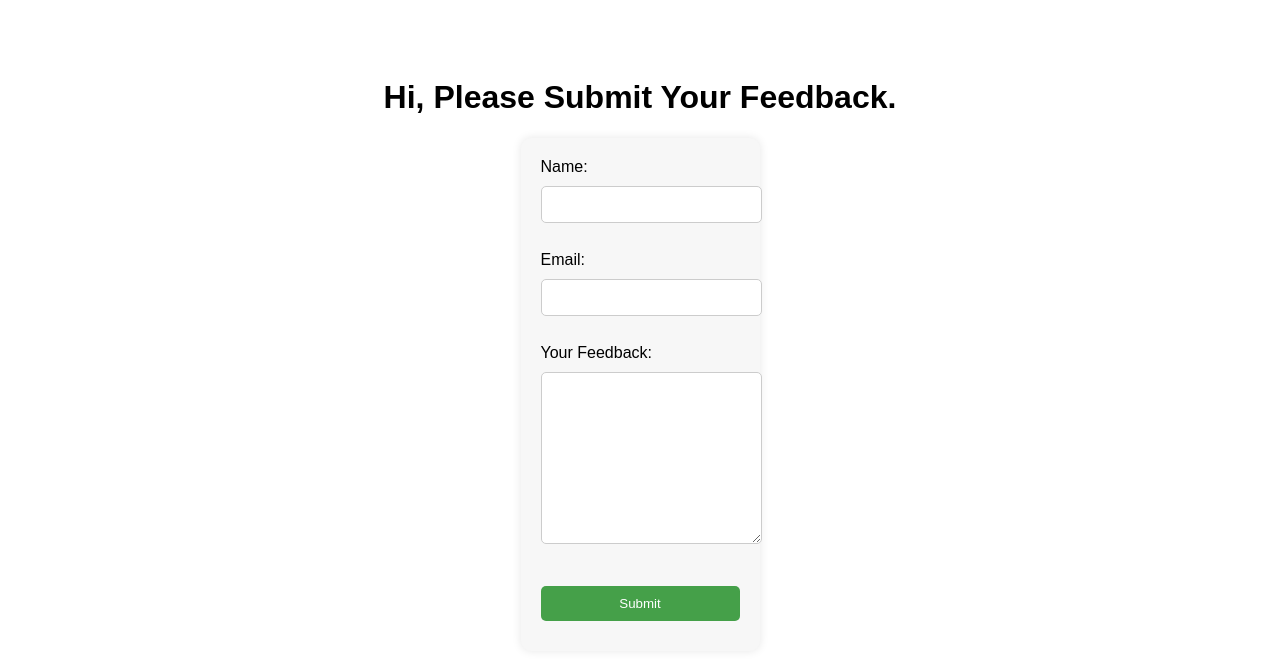
Repository: anik3395/JavaServletProjects
Page: eclipse-workspace/ProjectUpdate/src/main/webapp/feedbackForm.html
An editor plug-in stored every save of this project. The page is shown before and after the next save, followed by the edit.
The browser window is 1280 px wide. The pictures show the whole page.
The pointer rests on the first visible `input[type="submit"]`.

Above is the page before, as saved 2024-10-23 08:40:20.

### eclipse-workspace/ProjectUpdate/src/main/webapp/feedbackForm.html
<!DOCTYPE html>
<html>
<head>
<meta charset="UTF-8">
<title>Insert title here</title>
</head>

 <style>
        body {
            font-family: Arial, sans-serif;
            text-align: center;
            padding: 50px;
        }
        form {
            display: inline-block;
            text-align: left;
            background-color: #f7f7f7;
            padding: 20px;
            border-radius: 10px;
            box-shadow: 0 0 10px rgba(0,0,0,0.1);
        }
        input, textarea {
            width: 100%;
            padding: 10px;
            margin: 10px 0;
            border-radius: 5px;
            border: 1px solid #ccc;
        }
        input[type="submit"] {
            background-color: #4CAF50;
            color: white;
            cursor: pointer;
            border: none;
        }
        input[type="submit"]:hover {
            background-color: #45a049;
        }
    </style>

<body>
<h1>Hi, Please Submit Your Feedback.</h1>

    <form action="submitFeedback" method="post">
        <label for="name">Name:</label><br>
        <input type="text" name="name" required><br><br>

        <label for="email">Email:</label><br>
        <input type="email" name="email" required><br><br>

        <label for="feedback">Your Feedback:</label><br>
        <textarea name="feedback" rows="10" required></textarea><br><br>

        <input type="submit" value="Submit">
    </form>
</body>
</html>

After the next save:
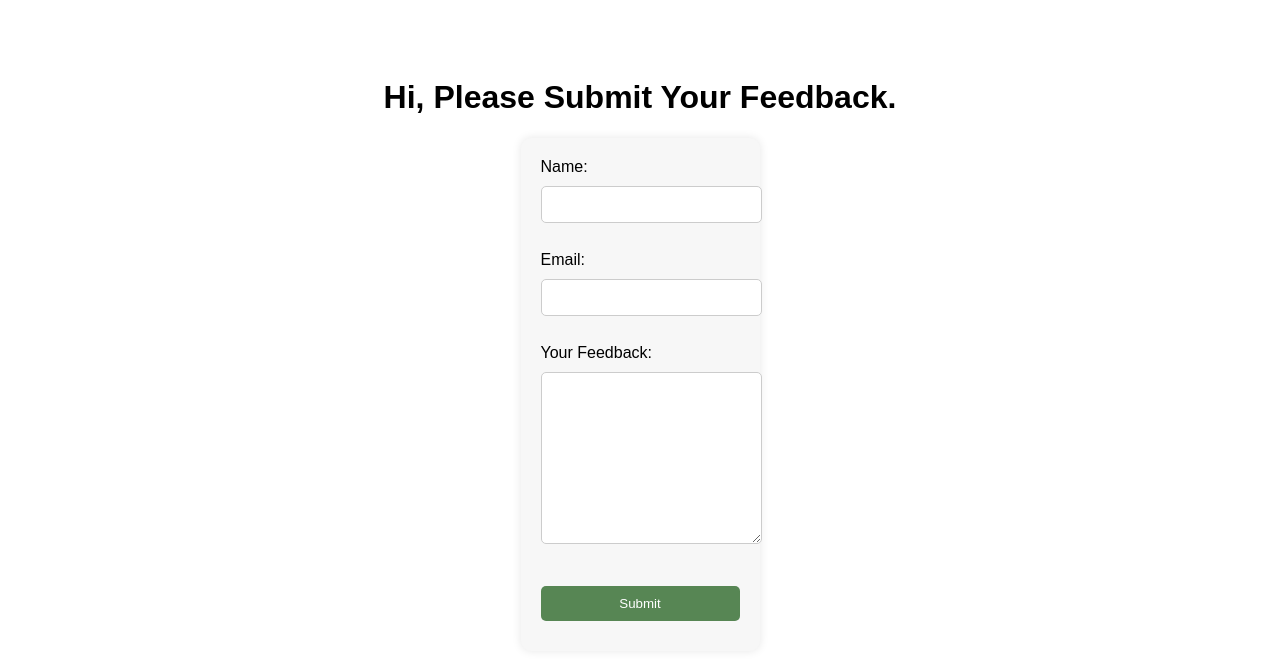
Saved 75 s later.
--- a/eclipse-workspace/ProjectUpdate/src/main/webapp/feedbackForm.html
+++ b/eclipse-workspace/ProjectUpdate/src/main/webapp/feedbackForm.html
@@ -33,7 +33,7 @@
             border: none;
         }
         input[type="submit"]:hover {
-            background-color: #45a049;
+            background-color: #578654;
         }
     </style>
 
